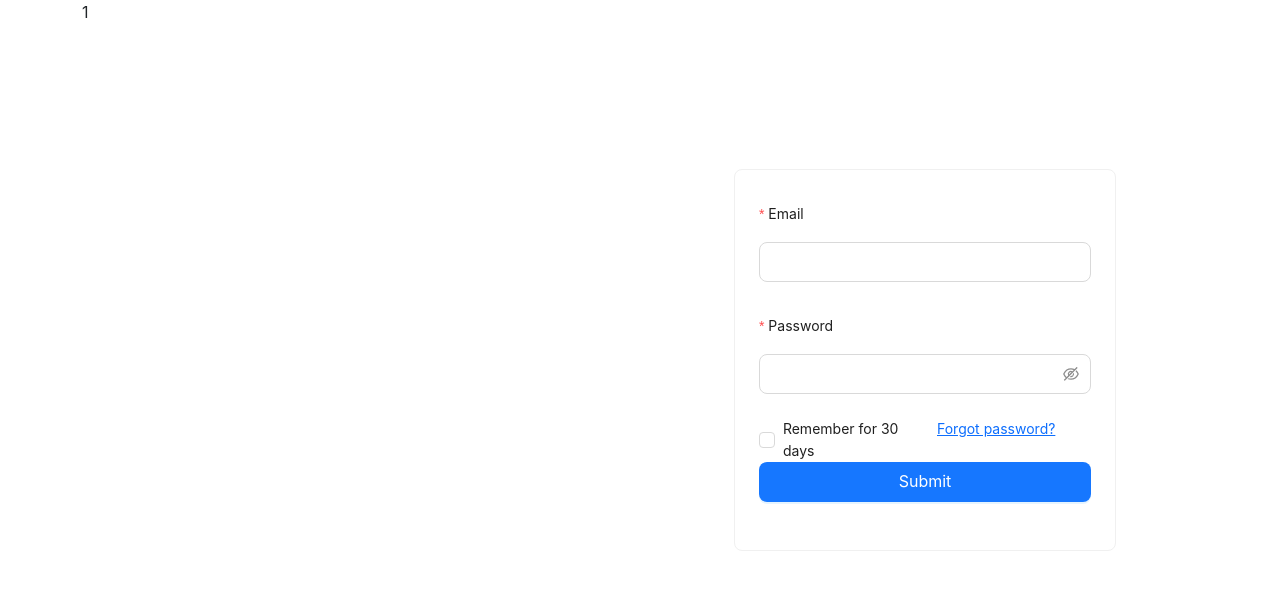
Repository: di-huynh-dev/kanban-inventory-management
Page: /
These files come from the project's save history. The page is drawn as it stood at one moment and after the next save; the edit follows.
The browser window is 1280 px wide. The pictures show the whole page.
The project was rebuilt for these pictures with package versions that can differ from the ones it lists, and the page was loaded fresh each time. Also part of the build but not shown: src/App.css, src/pages/auth/SignUp.tsx, src/routers/MainRouter.tsx.

Above is the page before, as saved 2024-09-07 12:13:01.

### public/index.html
<!DOCTYPE html>
<html lang="en">
  <head>
    <meta charset="utf-8" />
    <link rel="icon" href="%PUBLIC_URL%/favicon.ico" />
    <meta name="viewport" content="width=device-width, initial-scale=1" />
    <meta name="theme-color" content="#000000" />
    <meta
      name="description"
      content="Web site created using create-react-app"
    />
    <link rel="apple-touch-icon" href="%PUBLIC_URL%/logo192.png" />
    <link
      rel="stylesheet"
      href="https://cdn.jsdelivr.net/npm/bootstrap@5.3.2/dist/css/bootstrap.min.css"
      integrity="sha384-T3c6CoIi6uLrA9TneNEoa7RxnatzjcDSCmG1MXxSR1GAsXEV/Dwwykc2MPK8M2HN"
      crossorigin="anonymous"
    />
    <!--
      manifest.json provides metadata used when your web app is installed on a
      user's mobile device or desktop. See https://developers.google.com/web/fundamentals/web-app-manifest/
    -->
    <link rel="manifest" href="%PUBLIC_URL%/manifest.json" />
    <!--
      Notice the use of %PUBLIC_URL% in the tags above.
      It will be replaced with the URL of the `public` folder during the build.
      Only files inside the `public` folder can be referenced from the HTML.

      Unlike "/favicon.ico" or "favicon.ico", "%PUBLIC_URL%/favicon.ico" will
      work correctly both with client-side routing and a non-root public URL.
      Learn how to configure a non-root public URL by running `npm run build`.
    -->
    <title>React App</title>
  </head>
  <body>
    <noscript>You need to enable JavaScript to run this app.</noscript>
    <div id="root"></div>
    <!--
      This HTML file is a template.
      If you open it directly in the browser, you will see an empty page.

      You can add webfonts, meta tags, or analytics to this file.
      The build step will place the bundled scripts into the <body> tag.

      To begin the development, run `npm start` or `yarn start`.
      To create a production bundle, use `npm run build` or `yarn build`.
    -->
  </body>
</html>

### src/index.css
body {
  margin: 0;
  font-family: -apple-system, BlinkMacSystemFont, 'Segoe UI', 'Roboto', 'Oxygen', 'Ubuntu', 'Cantarell', 'Fira Sans',
    'Droid Sans', 'Helvetica Neue', sans-serif;
  -webkit-font-smoothing: antialiased;
  -moz-osx-font-smoothing: grayscale;
}

code {
  font-family: source-code-pro, Menlo, Monaco, Consolas, 'Courier New', monospace;
}

.content-center {
  height: 100vh;
  justify-content: center;
  align-items: center;
  display: flex;
}

### src/App.tsx
import './App.css'
import Routers from './routers/Routers'

function App() {
  return <Routers />
}

export default App

### src/routers/Routers.tsx
import AuthRouter from './AuthRouter'
import MainRouter from './MainRouter'

const Routers = () => {
  return 1 < 2 ? <AuthRouter></AuthRouter> : <MainRouter></MainRouter>
}

export default Routers

### src/routers/AuthRouter.tsx
import { createBrowserRouter, RouterProvider } from 'react-router-dom'
import { LoginPage, SignUpPage } from '../pages'

const authRouter = createBrowserRouter([
  {
    path: '/',
    element: <LoginPage></LoginPage>,
  },
  {
    path: '/sign-up',
    element: <SignUpPage></SignUpPage>,
  },
])
const AuthRouter = () => {
  return (
    <div className="container">
      <div className="row">
        <div className="col">1</div>
        <div className="col content-center">
          <RouterProvider router={authRouter} />
        </div>
      </div>
    </div>
  )
}

export default AuthRouter

### src/pages/index.ts
import LoginPage from './auth/Login'
import SignUpPage from './auth/SignUp'

export { LoginPage, SignUpPage }

### src/pages/auth/Login.tsx
import type { FormProps } from 'antd'
import { Button, Card, Checkbox, Flex, Form, Input } from 'antd'
import { useState } from 'react'
import { Link } from 'react-router-dom'

type FieldType = {
  email?: string
  password?: string
  remember?: string
}

const LoginPage = () => {
  const [isLoading, setIsLoading] = useState(false)
  const [isRemember, setIsRemember] = useState(false)

  const onFinish: FormProps<FieldType>['onFinish'] = (values) => {
    console.log('Success:', values)
  }

  return (
    <>
      <Card
        style={{
          width: '70%',
        }}
      >
        <Form
          layout="vertical"
          initialValues={{ remember: true }}
          onFinish={onFinish}
          disabled={isLoading}
          size="large"
        >
          <Form.Item<FieldType> label="Email" name="email" rules={[{ required: true, message: 'Enter your email!' }]}>
            <Input allowClear maxLength={100} type="email" />
          </Form.Item>

          <Form.Item<FieldType>
            label="Password"
            name="password"
            rules={[{ required: true, message: 'Enter your password!' }]}
          >
            <Input.Password />
          </Form.Item>

          <div className="row">
            <div className="col">
              <Checkbox checked={isRemember} onChange={(val) => setIsRemember(val.target.checked)}>
                Remember for 30 days
              </Checkbox>
            </div>
            <div className="col text-right">
              <Link to={'/'}>Forgot password?</Link>
            </div>
          </div>

          <Form.Item>
            <Button type="primary" loading={isLoading} size="large" htmlType="submit" style={{ width: '100%' }}>
              Submit
            </Button>
          </Form.Item>
        </Form>
      </Card>
    </>
  )
}

export default LoginPage

Loaded but not shown: src/index.tsx (common file); src/reportWebVitals.ts (common file)

After the next save:
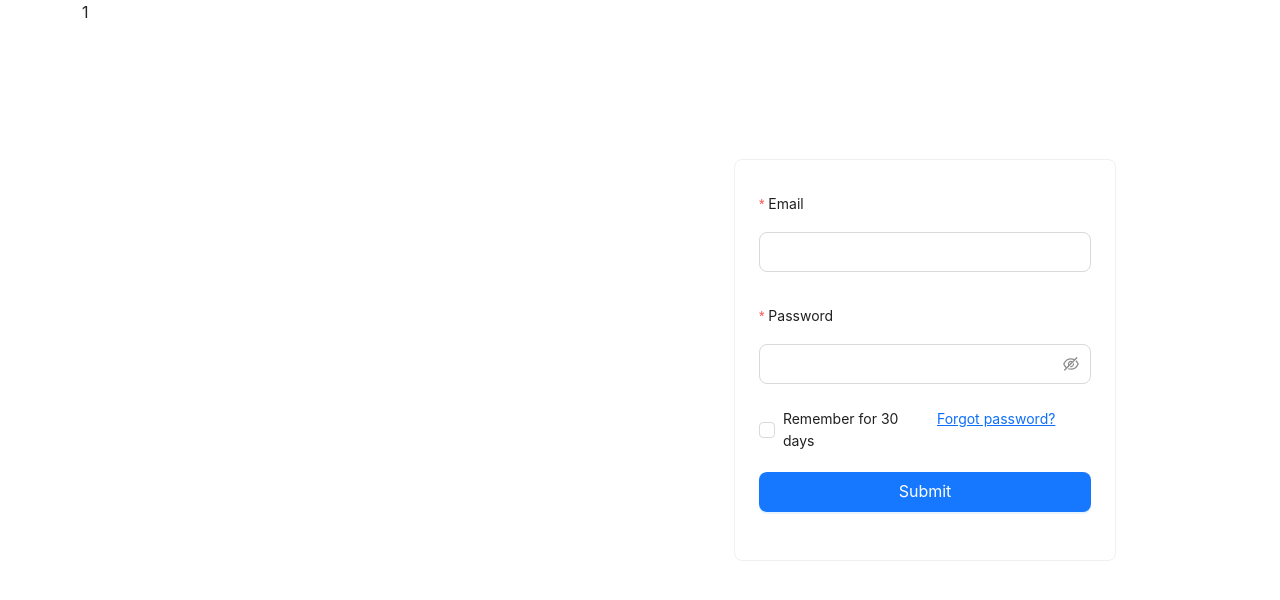
Saved 16 s later.
--- a/src/pages/auth/Login.tsx
+++ b/src/pages/auth/Login.tsx
@@ -54,7 +54,7 @@ const LoginPage = () => {
             </div>
           </div>
 
-          <Form.Item>
+          <Form.Item style={{ marginTop: 20 }}>
             <Button type="primary" loading={isLoading} size="large" htmlType="submit" style={{ width: '100%' }}>
               Submit
             </Button>
